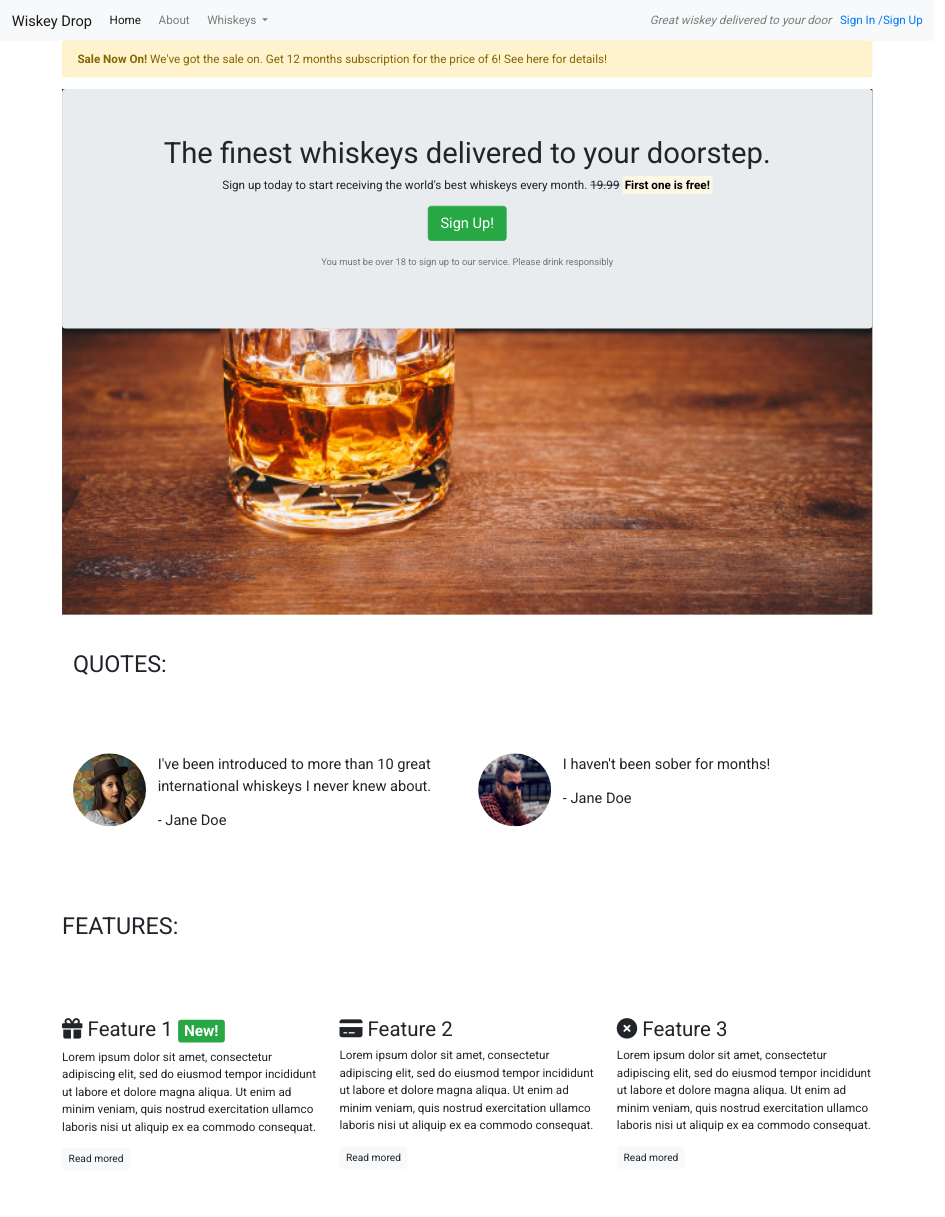
Repository: manub7/bootstrap4-mobile-first
Page: index.html
The author's editor kept a record of every edit. The page is drawn from the files as they stood at one moment, then again after the next edit.
The browser window is 1280 px wide. The page is 1280 px wide, then 1295 px, so the pictures cover 1295 px, including what lies to the right of the window. The pictures show the whole page, at 73% of full size.
Backgrounds fixed to the window are drawn as part of the page. Some web libraries are served in a nearby version.

Above is the page before.

After the next edit:
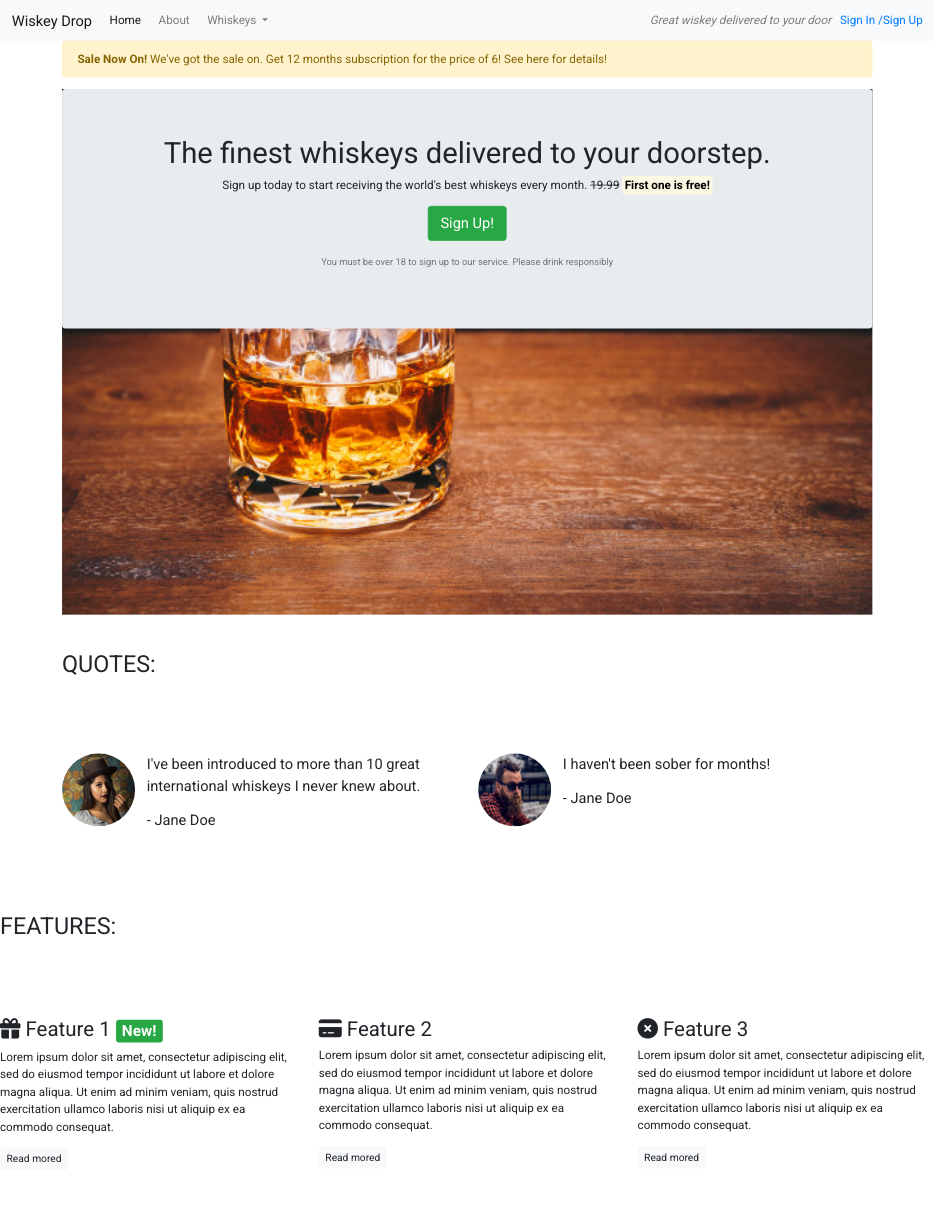
The edit:
--- a/index.html
+++ b/index.html
@@ -57,25 +57,25 @@
         </div>
         <!-- Callout -->
         <div class="callout-container">
-        <div class="row">
-            <div class="col-12">
-                <section class="callout jumbotron text-center">
-                    <h1>The finest whiskeys delivered to your doorstep.</h1>
-                    <p clas="lead">Sign up today to start receiving the world's best whiskeys every month.
-                        <s class="d-none d-sm-inline">19.99</s>
-                        <span class="d-inline d-sm-none"><br></span>
-                        <strong><mark> First one is free!</mark></strong></p>
-                    <p><button class="btn btn-lg btn-success" data-toggle="modal" data-target="#signUpModal">Sign Up!</button></p>
-                    <p class="text-muted"><small> You must be over 18 to sign up to our service. Please drink responsibly </small></p>
-                </section>
+            <div class="row">
+                <div class="col-12">
+                    <section class="callout jumbotron text-center">
+                        <h1>The finest whiskeys delivered to your doorstep.</h1>
+                        <p clas="lead">Sign up today to start receiving the world's best whiskeys every month.
+                            <s class="d-none d-sm-inline">19.99</s>
+                            <span class="d-inline d-sm-none"><br></span>
+                            <strong><mark> First one is free!</mark></strong></p>
+                        <p><button class="btn btn-lg btn-success" data-toggle="modal" data-target="#signUpModal">Sign Up!</button></p>
+                        <p class="text-muted"><small> You must be over 18 to sign up to our service. Please drink responsibly </small></p>
+                    </section>
+                </div>
             </div>
         </div>
+        <!-- /.callout -->
+    </div>
 
-        <!-- /.callout -->
-        </div>
-
-        <!-- Quotes -->
-        <div class="container container-quotes">
+    <!-- Quotes -->
+    <div class="container container-quotes">
         <section class="quotes">
             <div class="row">
                 <div class="col-12 my-5">
@@ -111,13 +111,13 @@
                     </div>
                 </div>
             </div>
-          </div>
-        </section>
-        <!-- /.quotes -->
+    </div>
+    </section>
+    <!-- /.quotes -->
 
 
-        <!-- Features -->
-        <div class="features-container">
+    <!-- Features -->
+    <div class="features-container">
         <section class="features">
             <div class="row">
                 <div class="col-12 my-5">
@@ -152,14 +152,14 @@
                     </div>
                 </div>
             </div>
-          </div>
-        </section>
-        <!-- /.features -->
+    </div>
+    </section>
+    <!-- /.features -->
     </div>
 
     <!-- /Modla dialog -->
 
-     <div class="modal" tabindex="-1" role="dialog" id="signUpModal">
+    <div class="modal" tabindex="-1" role="dialog" id="signUpModal">
         <div class="modal-dialog" role="document">
             <div class="modal-content">
                 <div class="modal-header">
